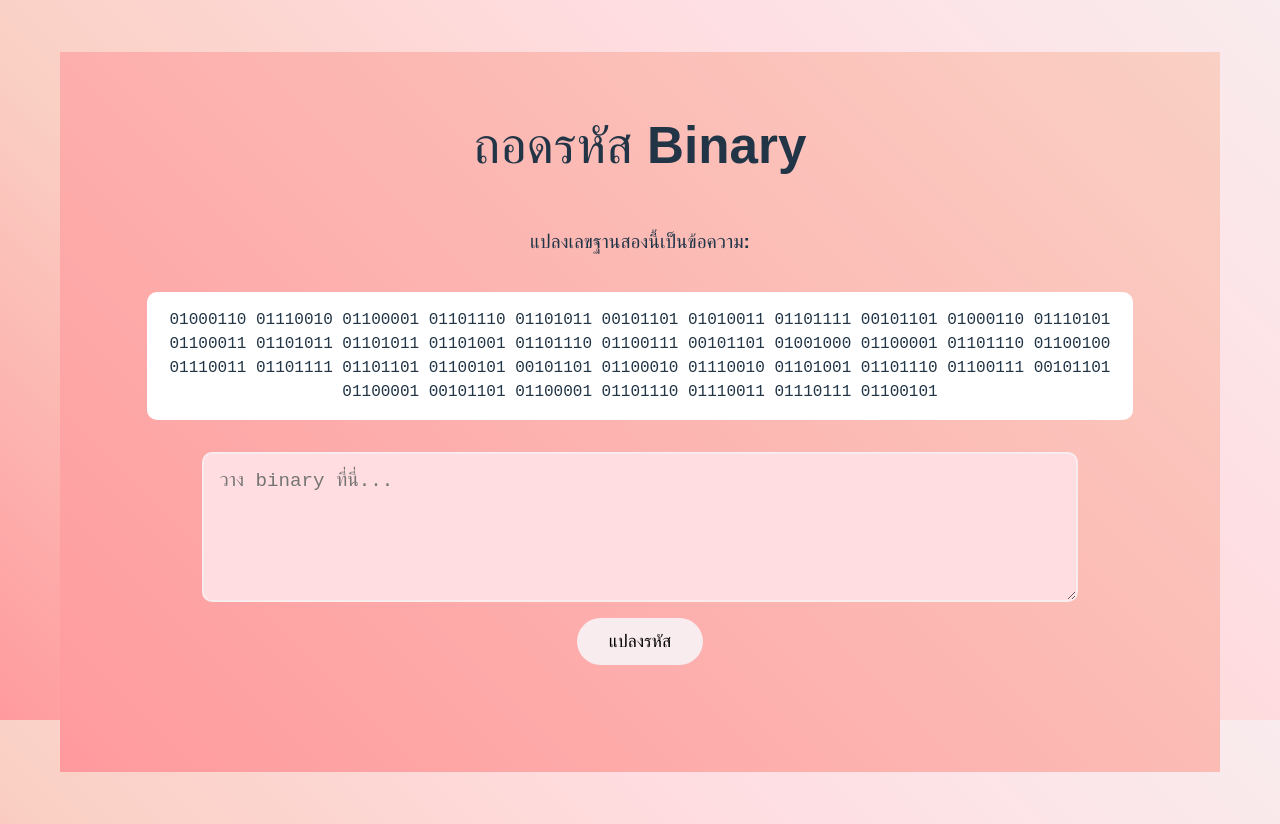
Repository: Jinwoo290350/Quiz_Fun
Page: /
The author's editor kept a copy of each file at every save. The page is drawn from the files as they stood at one save, then again after the next save.
The browser window is 1280 px wide. The pictures show the whole page.
Backgrounds fixed to the window are drawn as part of the page. The project was rebuilt for these pictures with package versions that can differ from the ones it lists, and the page was loaded fresh each time. Also part of the build but not shown: vite.config.js.

Above is the page before, as saved 2025-02-05 22:22:57.

After the next save:
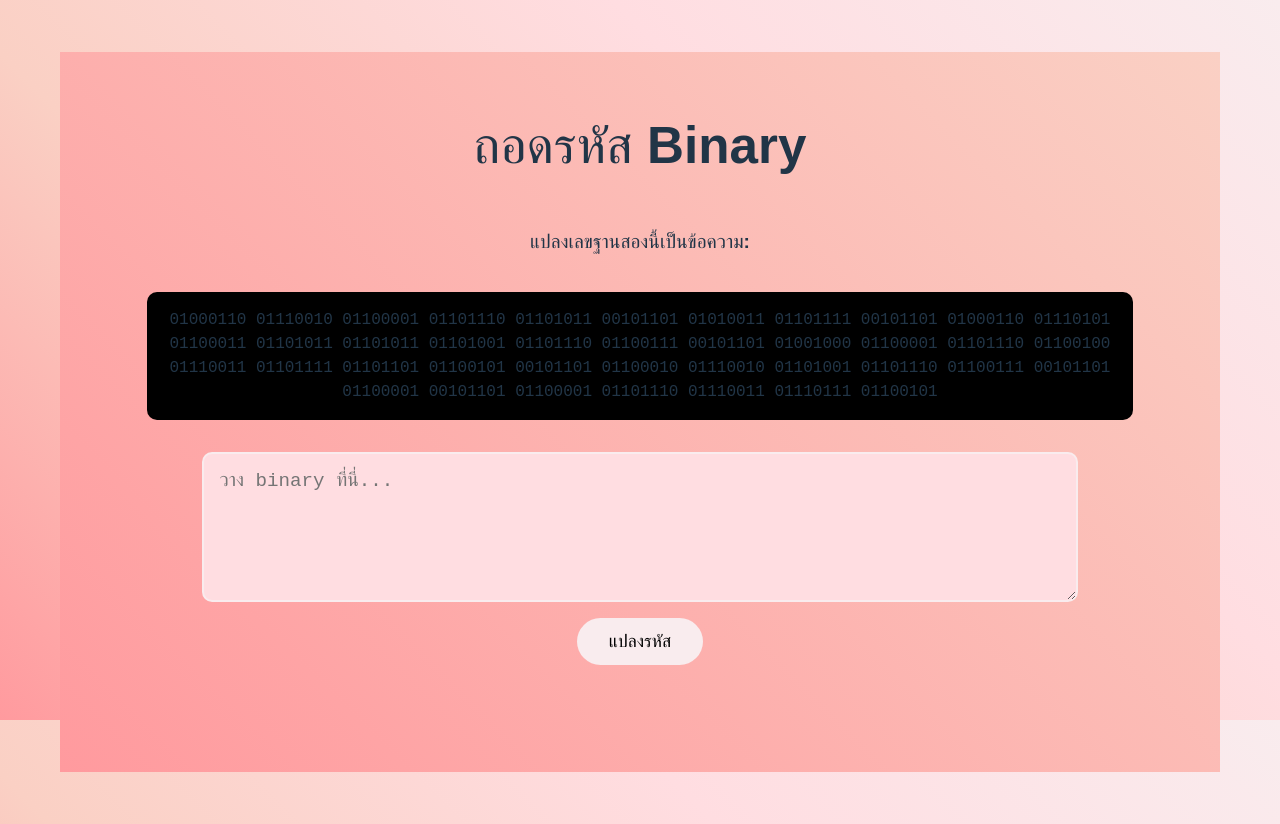
Saved 39 s later.
--- a/src/components/Ask.vue
+++ b/src/components/Ask.vue
@@ -65,7 +65,7 @@ export default {
 }
 
 .binary-question {
-  background: #fff;
+  background: #000000;
   padding: 1rem;
   border-radius: 10px;
   display: inline-block;
